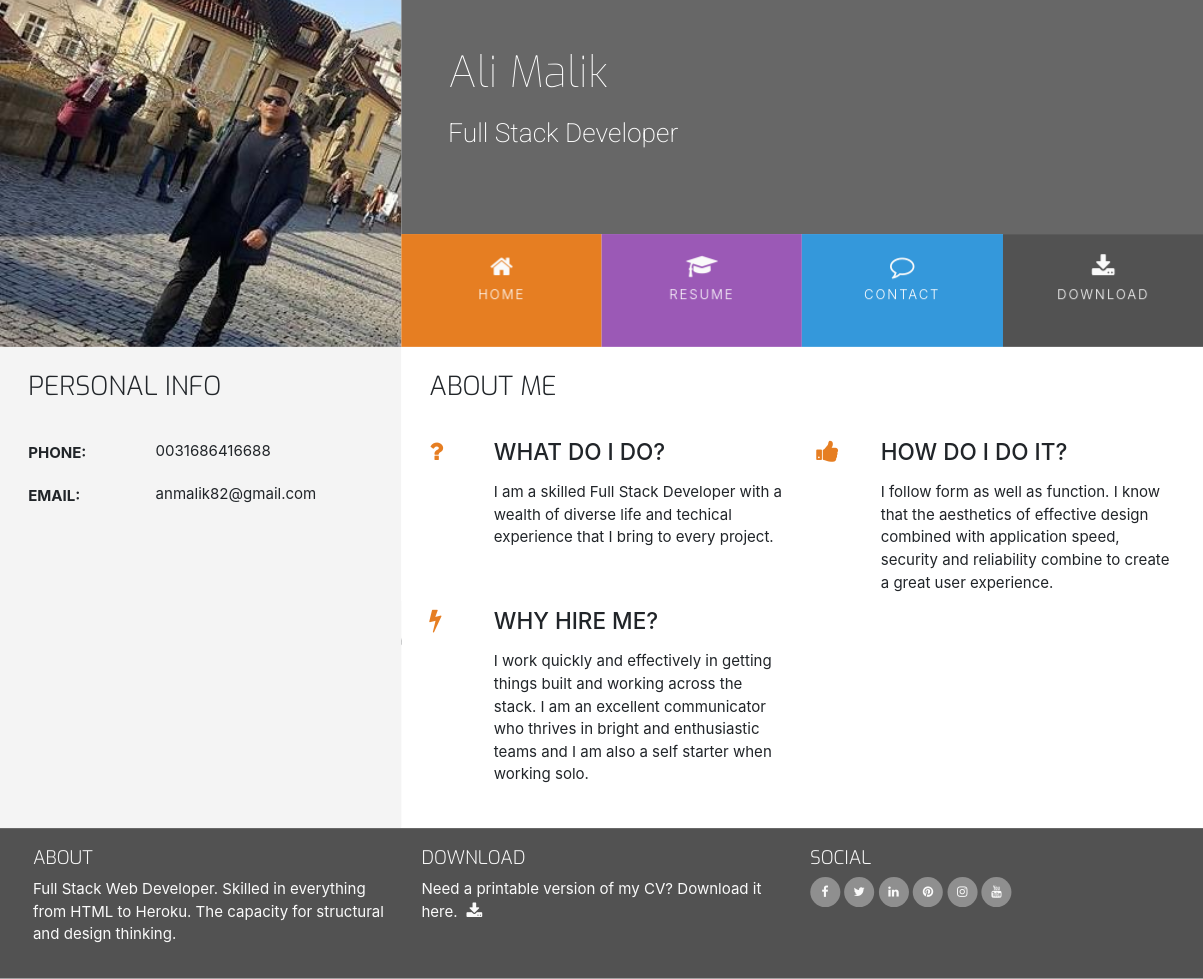
Repository: anmalik82/Padding-Top
Page: index.html
The author's editor kept a record of every edit. The page is drawn from the files as they stood at one moment, then again after the next edit.
The browser window is 1280 px wide. The pictures show the whole page, at 94% of full size.
Some web libraries are served in a nearby version.

Above is the page before.

After the next edit:
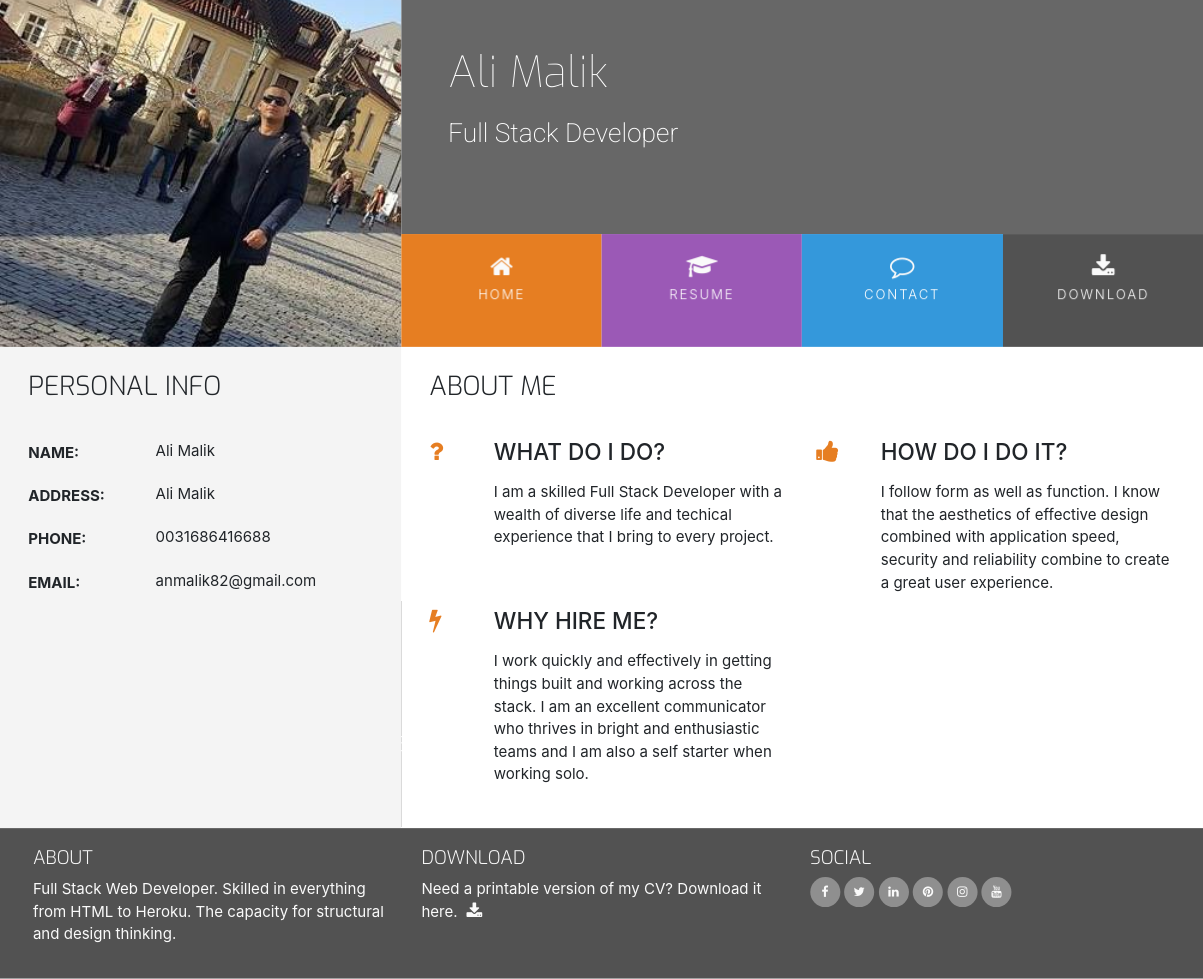
The edit:
--- a/index.html
+++ b/index.html
@@ -61,6 +61,30 @@
                 <div class="personal-info-item">
                     <div class="key">
                         <p class="uppercase">
+                           Name:
+                        </p>
+                    </div>
+                    <div class="value">
+                        <p class="value">
+                            Ali Malik
+                        </p>
+                    </div>
+                </div>
+                <div class="personal-info-item">
+                    <div class="key">
+                        <p class="uppercase">
+                           Address:
+                        </p>
+                    </div>
+                    <div class="value">
+                        <p class="value">
+                            Ali Malik
+                        </p>
+                    </div>
+                </div>
+                <div class="personal-info-item">
+                    <div class="key">
+                        <p class="uppercase">
                            Phone:
                         </p>
                     </div>
